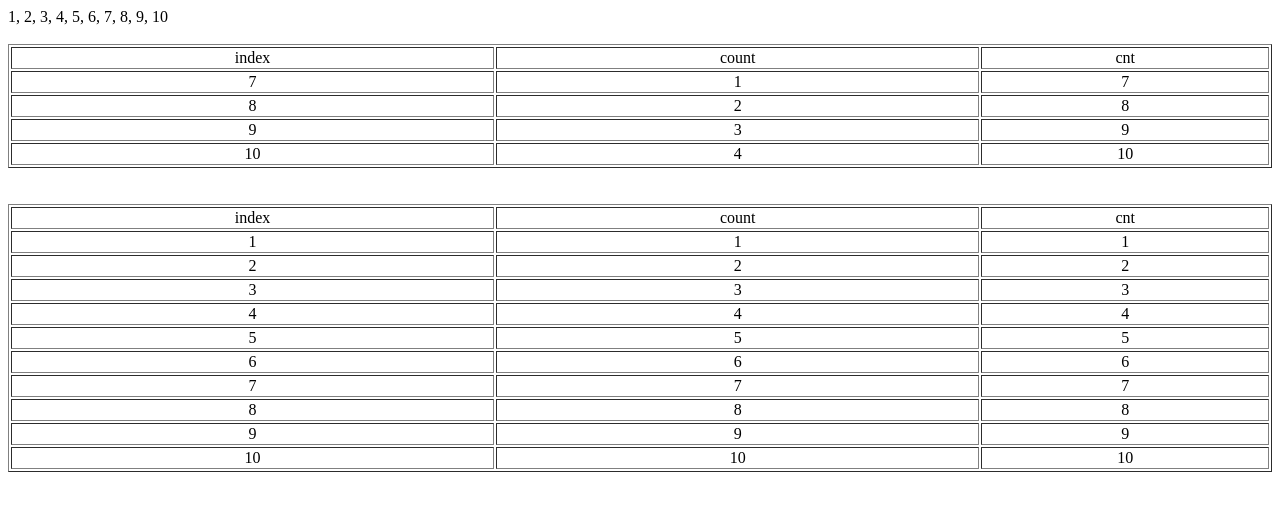
Repository: supremehappy/JSP_test02
Page: http://localhost/07/17_movieList.jsp
An editor plug-in stored every save of this project. The page is shown before and after the next save, followed by the edit.
The browser window is 1280 px wide. The pictures show the whole page.
The page is served by Tomcat 9. Other server files are loaded and not shown.

Above is the page before, as saved 2017-07-18 04:27:57.

### 07/WebContent/17_movieList.jsp
<%@ page language="java" contentType="text/html; charset=UTF-8"
    pageEncoding="UTF-8"%>
<%@taglib uri="http://java.sun.com/jsp/jstl/core" prefix="c" %>
<!DOCTYPE html PUBLIC "-//W3C//DTD HTML 4.01 Transitional//EN" "http://www.w3.org/TR/html4/loose.dtd">
<html>
<head>
<meta http-equiv="Content-Type" content="text/html; charset=UTF-8">
<title>Insert title here</title>
</head>
<body>
<c:forEach var="cnt" begin="1" end="10" varStatus="status">
	${cnt }<c:if test="${not status.last}">,</c:if>
</c:forEach>
<br><br>
<table border="1" style="width:100%; text-align:center;">
	<tr>
		<td>index</td><td>count</td><td>cnt</td>
	</tr>
	<c:forEach var="cnt" begin="7" end="10" varStatus="status">
		<tr>
			<td>${status.index}</td>
			<td>${status.count}</td>
			<td>${cnt}</td>
		</tr>
	</c:forEach>
</table>
<br><br>
<table border="1" style="width:100%; text-align:center;">
	<tr>
		<td>index</td><td>count</td><td>cnt</td>
	</tr>
	<c:forEach var="cnt" begin="1" end="10" varStatus="status">
		<tr>
			<td>${status.index}</td>
			<td>${status.count}</td>
			<td>${cnt}</td>
		</tr>
	</c:forEach>
</table>
</body>
</html>

After the next save:
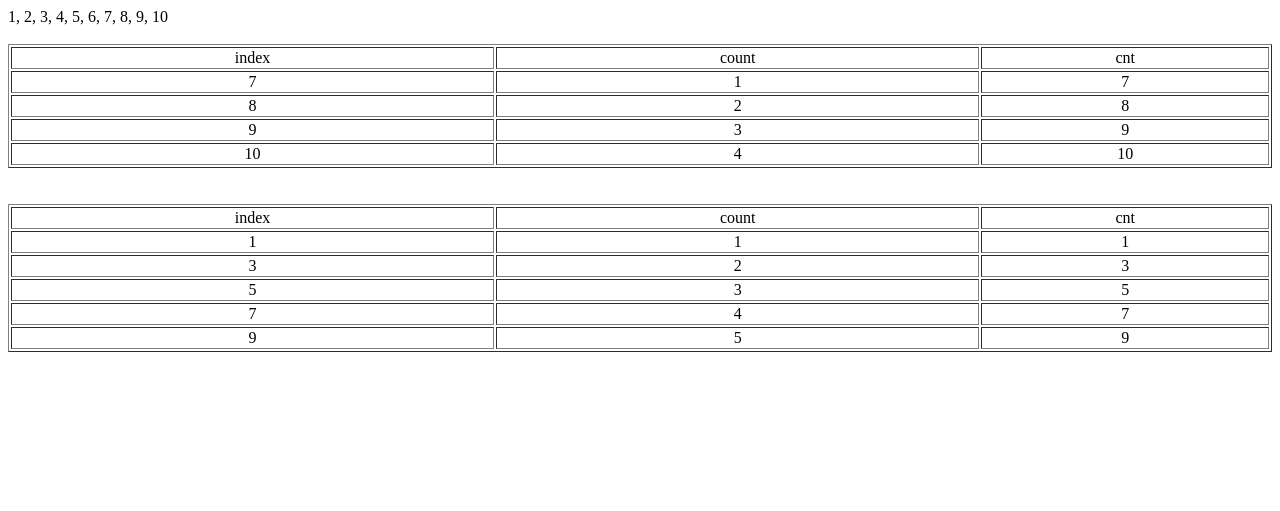
Saved 63 s later.
--- a/07/WebContent/17_movieList.jsp
+++ b/07/WebContent/17_movieList.jsp
@@ -29,7 +29,7 @@
 	<tr>
 		<td>index</td><td>count</td><td>cnt</td>
 	</tr>
-	<c:forEach var="cnt" begin="1" end="10" varStatus="status">
+	<c:forEach var="cnt" begin="1" end="10" varStatus="status" step="2">
 		<tr>
 			<td>${status.index}</td>
 			<td>${status.count}</td>
